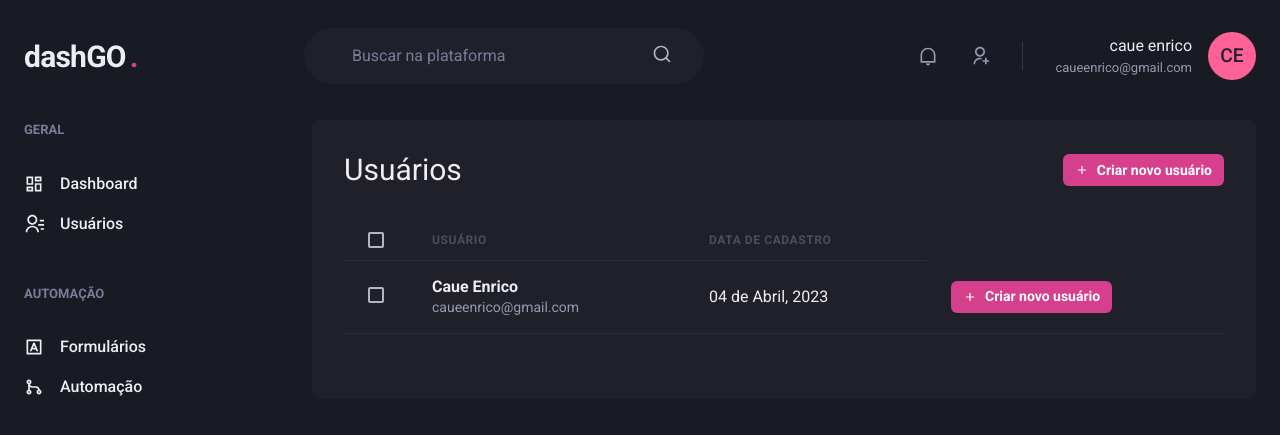
Repository: caueenrico/DashGO
Page: /user
The author's editor kept a copy of each file at every save. The page is drawn from the files as they stood at one save, then again after the next save.
The browser window is 1280 px wide. The pictures show the whole page.
The project was rebuilt for these pictures with package versions that can differ from the ones it lists, and the page was loaded fresh each time. The framework's server and built-in components were replaced by stand-ins that run in the browser. Also part of the build but not shown: next.config.js.

Above is the page before, as saved 2023-03-15 10:57:26.

After the next save:
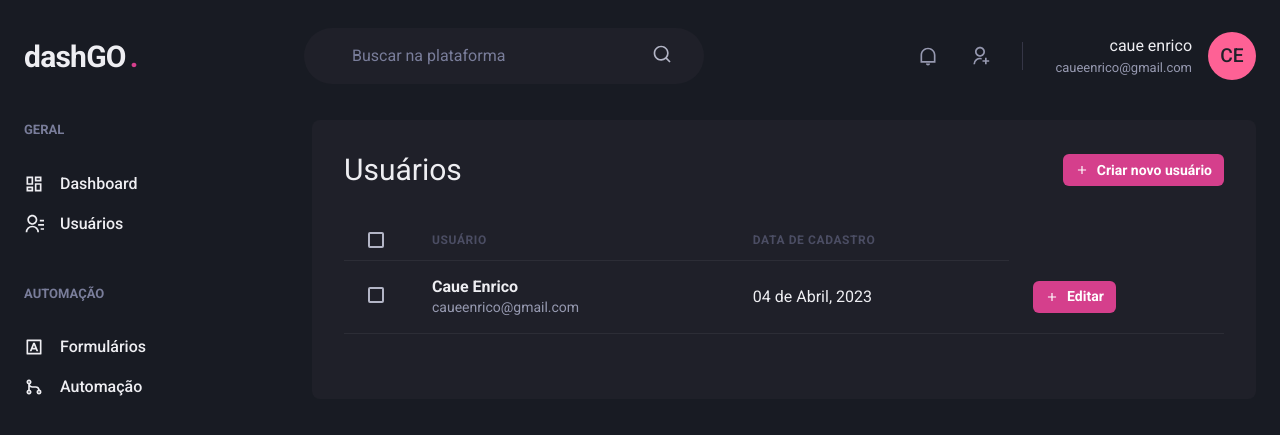
Saved 7 s later.
--- a/src/pages/user/index.tsx
+++ b/src/pages/user/index.tsx
@@ -49,7 +49,7 @@ export default function UserList() {
                 <Td>04 de Abril, 2023</Td>
                 <Td>
                   <Button as="a" size="sm" fontSize="sm" colorScheme="pink" leftIcon={<Icon as={RiAddLine}/>} >
-                    Criar novo usuário
+                    Editar
                   </Button>
                 </Td>
               </Tr>
